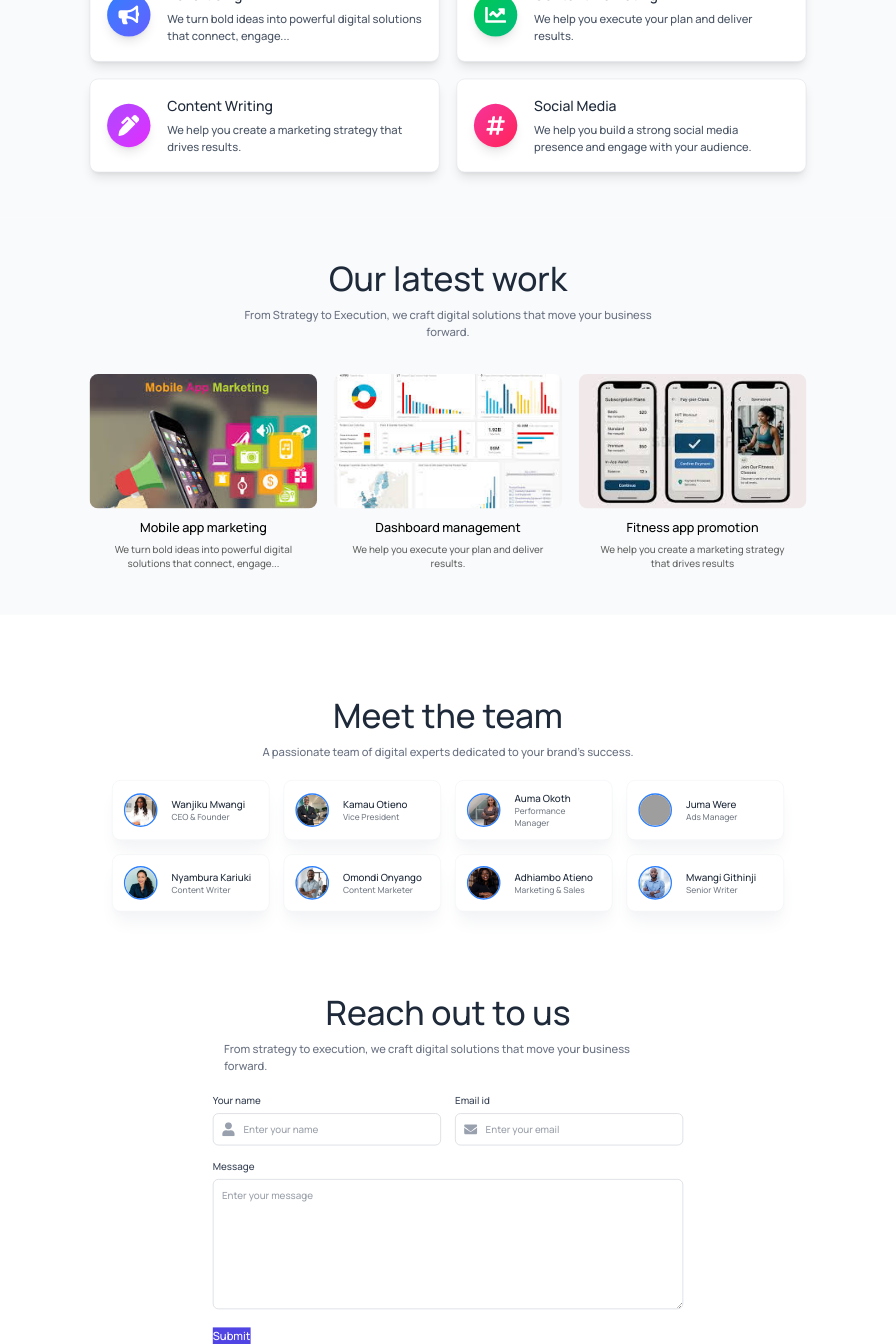
Repository: Prolenzy/magex
Page: /
These files come from the project's save history. The page is drawn as it stood at one moment and after a run of saves; the edit follows.
The browser window is 1280 px wide. The pictures show the part of the page from y = 1376 to 3296 px (the page is 3296 px tall before and 3292 px after), at 70% of full size.
Pictures or frames that could not be fetched are drawn as grey boxes. The project was rebuilt for these pictures with package versions that can differ from the ones it lists, and the page was loaded fresh each time. Also part of the build but not shown: vite.config.js.

Above is the page before, as saved 2025-08-17 03:31:49.

### index.html
<!doctype html>
<html lang="en" class="scroll-smooth">
  <head>
    <meta charset="UTF-8" />
    <link rel="icon" type="image/svg+xml" href="/touch-icon.png" />
    <meta name="viewport" content="width=device-width, initial-scale=1.0" />
    <title>Magex | Digital Experiences Powered by Imagination</title>
  </head>
  <body>
    <div id="root"></div>
    <script type="module" src="/src/main.jsx"></script>
  </body>
</html>

### src/index.css
@import url('https://fonts.googleapis.com/css2?family=Manrope:wght@200..800&display=swap');

@import "tailwindcss";

/* @custom-variant dark (&:where(.dark, .dark *)); */

*{
  font-family: "Manrope", sans-serif;
  font-weight: 500;
}

@theme {
  --color-primary: #5044E5;
}

### src/App.jsx
import React from 'react'
import Navbar from './components/Navbar'
import Hero from './components/Hero'
import Trustedby from './components/Trustedby'
import Services from './components/Services'
import OurWork from './components/OurWork'
import Teams from './components/Teams'
import ContactUs from './components/ContactUs'

const App = () => {
  return (
    <div>
      <Navbar />
      <Hero />
      <Trustedby />
      <Services />
      <OurWork />
      <Teams />
      <ContactUs />
    </div>
  )
}

export default App

### src/components/Navbar.jsx
import React, { useState } from 'react'

const Navbar = () => {

    const [sidebarOpen, setSidebarOpen] = useState(false)
  return (
    <div className='flex justify-between items-center px-4 sm:px-12 lg:px-24 xl:px-40 py-4
    sticky top-0 z-20 backdrop-blur-xl font-medium bg-white/50 dark:bg-gray-900/70'>

        <img src='/dox1.png' className='w-32 sm:w-40' alt=''/>

        <div className={`text-gray-700 sm:text-sm ${!sidebarOpen ? 'max-sm:w-0 overflow-hidden' :
        'max-sm:w-60 max-sm:pl-10'} max-sm:fixed top-0 bottom-0 right-0 max-sm:min-h-screen
        max-sm:h-full max-sm:flex-col max-sm:bg-primary max-sm:text-white max-sm:pt-20
        flex sm:items-center gap-5 transition-all`}>

             <img src='/ter1.png' alt='' className='w-5 absolute right-4 top-4 sm:hidden'
             onClick={() => setSidebarOpen(false)}/>

            <a onClick={() => setSidebarOpen(false)} href='#' className='sm:hover:border-b'>Home</a>
            <a onClick={() => setSidebarOpen(false)} href='#services' className='sm:hover:border-b'>services</a>
            <a onClick={() => setSidebarOpen(false)} href='#our-work' className='sm:hover:border-b'>Our Work</a>
            <a onClick={() => setSidebarOpen(false)} href='#contact-us' className='sm:hover:border-b'>Contact Us</a>
        </div>
        <div className='flex items-center gap-2 sm:gap-4'>

            <img src='/2001.png' alt='' onClick={() => setSidebarOpen(true)}
            className='w-8 sm:hidden' />
            <a href='#contact-us' className='text-sm max-sm:hidden flex items-center gap-2
            bg-primary text-white px-6 py-2 rounded-full cursor-pointer
            hover:scale-103 transition-all'>
                Connect <img src='/vay1.png' width={14} alt=''/>
            </a>
        </div>
    </div>
  )
}

export default Navbar

### src/components/Hero.jsx
import React from 'react'

const Hero = () => {
  return (
    <div id='hero' className='flex flex-col items-center gap-6 py-20 px-4 sm:px-12 lg:px-24
    xl:px-40 text-center w-full overflow-hidden text-gray-700'>

        <h1 className='text-4xl sm:text-5xl md:text-6xl xl:text-[84px] font-medium xl-leading-[95px]
        max-w-5xl'>
            Turning imaginations into <span className='bg-gradient-to-r from-[#5044e5]
            to-[#4d8cea] bg-clip-text text-transparent'>digital</span> impact.
        </h1>

        <p className='text-sm sm:text-lg font-medium text-gray-500 dark:text-white/75
        max-w-4/5 sm:max-w-lg pm-3'>Creating meaningful connections and turning big ideas
        into interactive digital
            experiences.</p>

            <div className='relative'>
                <img src='/macbook1.png' alt='' className='w-full max-w-6xl'/>
            </div>
    </div>
  )
}

export default Hero

### src/components/Trustedby.jsx
import React from 'react'

const Trustedby = () => {
    const company_logos = [
    '/Amazon1.png',
    '/fedex1.png',
    '/Hyundai1.png',
    '/mobil1.png',
    '/Nivea1.png',
    '/rolex1.png'
  ];
  return (
    <div className='flex flex-col items-center px-4 sm:px-12 lg:px-24 xl:px-40 gap-10
    text-gray-700 dark:text-white/80'>
        <h2 className='font-semibold'>Trusted by Leading Companies</h2>
        <div className='flex items-center justify-center flex-wrap gap-10 m-4'>
            {company_logos.map((logo, index) => (
                <img key={index} src={logo} alt={`Company Logo ${index + 1}`} className='max-h-10
                sm:max-h-12 md:max-h-14 dark:drop-shadow-1xl object-contain' />
            ))}
        </div>
    </div>
  )
}

export default Trustedby

### src/components/Services.jsx
import React from 'react';
import Title from './Title';
import {
  FaBullhorn, FaChartLine, FaPenAlt, FaHashtag
} from 'react-icons/fa';
import ServiceCard from './ServiceCard';

const Services = () => {
  const servicesData = [
    {
      title: 'Advertising',
      description: 'We turn bold ideas into powerful digital solutions that connect, engage...',
      icon: <FaBullhorn className="text-3xl" />,
      color: 'from-blue-500 to-indigo-500'
    },
    {
      title: 'Content Marketing',
      description: 'We help you execute your plan and deliver results.',
      icon: <FaChartLine className="text-3xl" />,
      color: 'from-green-500 to-emerald-500'
    },
    {
      title: 'Content Writing',
      description: 'We help you create a marketing strategy that drives results.',
      icon: <FaPenAlt className="text-3xl" />,
      color: 'from-purple-500 to-fuchsia-500'
    },
    {
      title: 'Social Media',
      description: 'We help you build a strong social media presence and engage with your audience.',
      icon: <FaHashtag className="text-3xl" />,
      color: 'from-pink-500 to-rose-500'
    }
  ];

  return (
    <section id='services' className='relative py-16 px-4 sm:px-8 lg:px-16 xl:px-32 bg-gray-50 dark:bg-gray-900'>
      <div className='max-w-7xl mx-auto flex flex-col items-center'> {/* Centered container */}
        <div className='w-full text-center mb-12'> {/* Full width but centered content */}
          <Title
            title='How can we help?'
            desc='From strategy to execution, we craft digital solutions that move your business forward.'
          />
        </div>

        <div className='grid grid-cols-1 md:grid-cols-2 gap-6 w-full'>
          {servicesData.map((service, index) => (
            <ServiceCard
              key={index}
              service={service}
              index={index}
            />
          ))}
        </div>
      </div>
    </section>
  );
};

export default Services;

### src/components/OurWork.jsx
import React from 'react'
import Title from './Title'

const OurWork = () => {
    const workData = [
        {
            title: 'Mobile app marketing',
            description: 'We turn bold ideas into powerful digital solutions that connect, engage...',
            image: '/mobile.jpeg'
        },
        {
            title: 'Dashboard management',
            description: 'We help you execute your plan and deliver results.',
            image: '/dashboard.jpeg'
        },
        {
            title: 'Fitness app promotion',
            description: 'We help you create a marketing strategy that drives results',
            image: '/fitness.jpeg'
        }
    ]

    return (
        <section id='our-work' className='py-16 px-4 sm:px-8 lg:px-16 xl:px-32 bg-gray-50 dark:bg-gray-900'>
            <div className='max-w-7xl mx-auto'>
                {/* Centered Title Section */}
                <div className='text-center mb-12'>
                    <Title
                        title='Our latest work'
                        desc='From Strategy to Execution, we craft digital solutions that move your business forward.'
                    />
                </div>

                {/* Centered Work Grid */}
                <div className='flex justify-center'>
                    <div className='grid sm:grid-cols-2 lg:grid-cols-3 gap-6 w-full max-w-5xl'>
                        {workData.map((work, index) => (
                            <div
                                key={index}
                                className='hover:scale-102 duration-500 transition-all cursor-pointer group text-center'
                            >
                                <div className='overflow-hidden rounded-xl mx-auto w-full'>
                                    <img
                                        src={work.image}
                                        className='w-full h-48 object-cover group-hover:scale-105 transition-transform duration-300'
                                        alt={work.title}
                                    />
                                </div>
                                <h3 className='mt-3 mb-2 text-lg font-semibold'>{work.title}</h3>
                                <p className='text-sm opacity-60 px-4'>{work.description}</p>
                            </div>
                        ))}
                    </div>
                </div>
            </div>
        </section>
    )
}

export default OurWork;

### src/components/Teams.jsx
import React from 'react';
import Title from './Title';

const Teams = () => {
  const teamData = [
    {
      name: 'Wanjiku Mwangi',
      title: 'CEO & Founder',
      image: '/wanjiku-ceo.jpeg' // Kenyan female executive
    },
    {
      name: 'Kamau Otieno',
      title: 'Vice President',
      image: '/kamau-vp.jpeg' // Kenyan male professional
    },
    {
      name: 'Auma Okoth',
      title: 'Performance Manager',
      image: '/auma-pm.jpeg' // Kenyan female manager
    },
    {
      name: 'Juma Were',
      title: 'Ads Manager',
      image: '/juma-ads.jpeg' // Kenyan male marketer
    },
    {
      name: 'Nyambura Kariuki',
      title: 'Content Writer',
      image: '/nyambura-writer.jpeg' // Kenyan female writer
    },
    {
      name: 'Omondi Onyango',
      title: 'Content Marketer',
      image: '/omondi-marketer.jpeg' // Kenyan male professional
    },
    {
      name: 'Adhiambo Atieno',
      title: 'Marketing & Sales',
      image: '/adhiambo-sales.jpeg' // Kenyan female sales executive
    },
    {
      name: 'Mwangi Githinji',
      title: 'Senior Writer',
      image: '/mwangi-senior-writer.jpeg' // Kenyan male senior professional
    }
  ];

  return (
    <div className='flex flex-col items-center gap-7 px-4 sm:px-12 lg:px-24 xl:px-40 pt-30 text-gray-800 dark:text-gray-100'>
      <Title
        title='Meet the team'
        desc="A passionate team of digital experts dedicated to your brand's success."
      />
      <div className='grid grid-cols-2 md:grid-cols-3 xl:grid-cols-4 gap-5 w-full'>
        {teamData.map((team, index) => (
          <div
            key={index}
            className='flex max-sm:flex-col items-center gap-5 p-4 rounded-xl border border-gray-100 dark:border-gray-700 bg-white dark:bg-gray-800 shadow-xl shadow-gray-100 dark:shadow-gray-900 hover:scale-103 transition-all duration-400'
          >
            <img
              src={team.image}
              className='w-12 h-12 rounded-full object-cover border-2 border-blue-500'
              alt={`${team.name}, ${team.title}`}
            />
            <div className='flex-1'>
              <h3 className='font-bold text-sm'>{team.name}</h3>
              <p className='text-xs opacity-60 dark:opacity-80'>{team.title}</p>
            </div>
          </div>
        ))}
      </div>
    </div>
  );
};

export default Teams;

### src/components/ContactUs.jsx
import React from 'react'
import Title from './Title'
import { FaEnvelope, FaUser } from 'react-icons/fa'; // Import the icon

const ContactUs = () => {
  return (
    <div id='contact-us' className='flex flex-col items-center gap-7 px-4 sm:px-12 lg:px-24 xl:px-40 pt-30
    text-gray-700'>
        <Title title='Reach out to us' desc='From strategy to execution, we craft digital solutions that move your
        business forward.' />

        <form className='grid sm:grid-cols-2 gap-3 sm:gap-5 max-w-2xl w-full'>
            <div>
                <p className='mb-2 text-sm font-medium'>Your name</p>
                <div className='flex items-center pl-3 rounded-lg border border-gray-300'>
                    {/* Use the React icon component instead of the img tag */}
                    <FaUser className='text-gray-400' size={20} />
                    <input
                        type='text'
                        placeholder='Enter your name'
                        className='w-full p-3 text-sm outline-none' required
                    />
                </div>
            </div>

            <div>
                <p className='mb-2 text-sm font-medium'>Email id</p>
                <div className='flex items-center pl-3 rounded-lg border border-gray-300'>
                    {/* Use the React icon component instead of the img tag */}
                    <FaEnvelope className='text-gray-400' size={20} />
                    <input
                        type='email'
                        placeholder='Enter your email'
                        className='w-full p-3 text-sm outline-none' required
                    />
                </div>
            </div>
            <div className='sm:col-span-2'>
                <p className='mb-2 text-sm font-medium'>Message</p>
                <textarea rows={8} placeholder='Enter your message' className='w-full p-3 text-sm outline-none
                rounded-lg border border-gray-300' />
            </div>

            <button type='submit' className='w-max flex gap-2 bg-primary text-white'>
                Submit
            </button>
        </form>
    </div>
  )
}

export default ContactUs;

### src/components/Title.jsx
import React from 'react';

const Title = ({title, desc}) => {
  return (
    <div className='flex flex-col items-center'> {/* Ensures centering */}
      <h2 className='text-3xl sm:text-5xl font-medium text-gray-800 dark:text-white mb-4'>
        {title}
      </h2>
      <p className='max-w-2xl text-gray-500 dark:text-white/75 px-4'>
        {desc}
      </p>
    </div>
  );
};

export default Title;

### src/components/ServiceCard.jsx
import React, { useState, useRef } from 'react';

const ServiceCard = ({ service, index }) => {
  const [position, setPosition] = useState({ x: 0, y: 0 });
  const [visible, setVisible] = useState(false);
  const divRef = useRef(null);

  const handleMouseMove = (e) => {
    const bounds = divRef.current.getBoundingClientRect();
    setPosition({
      x: e.clientX - bounds.left,
      y: e.clientY - bounds.top
    });
  };

  return (
    <div
      ref={divRef}
      onMouseMove={handleMouseMove}
      onMouseEnter={() => setVisible(true)}
      onMouseLeave={() => setVisible(false)}
      className="relative h-full overflow-hidden rounded-xl border border-gray-200 dark:border-gray-700 shadow-lg hover:shadow-xl transition-all duration-300 bg-white dark:bg-gray-800"
    >
      {/* Animated gradient background */}
      <div
        className={`absolute inset-0 bg-gradient-to-br ${service.color} opacity-0 transition-opacity duration-500 ${visible ? 'opacity-10' : ''}`}
        style={{
          transform: `translate(calc(${position.x}px - 50%), calc(${position.y}px - 50%)`,
          backgroundPosition: `${position.x}px ${position.y}px`
        }}
      />

      {/* Content */}
      <div className="relative z-10 p-6 h-full flex flex-col sm:flex-row items-center gap-6">
        <div className={`p-4 rounded-full bg-gradient-to-br ${service.color} text-white shadow-lg`}>
          {service.icon}
        </div>

        <div className="flex-1">
          <h3 className="text-xl font-bold text-gray-800 dark:text-white mb-2">
            {service.title}
          </h3>
          <p className="text-gray-600 dark:text-gray-300">
            {service.description}
          </p>
        </div>
      </div>
    </div>
  );
};

export default ServiceCard;

Loaded but not shown: src/main.jsx (common file)

After the next 5 saves:
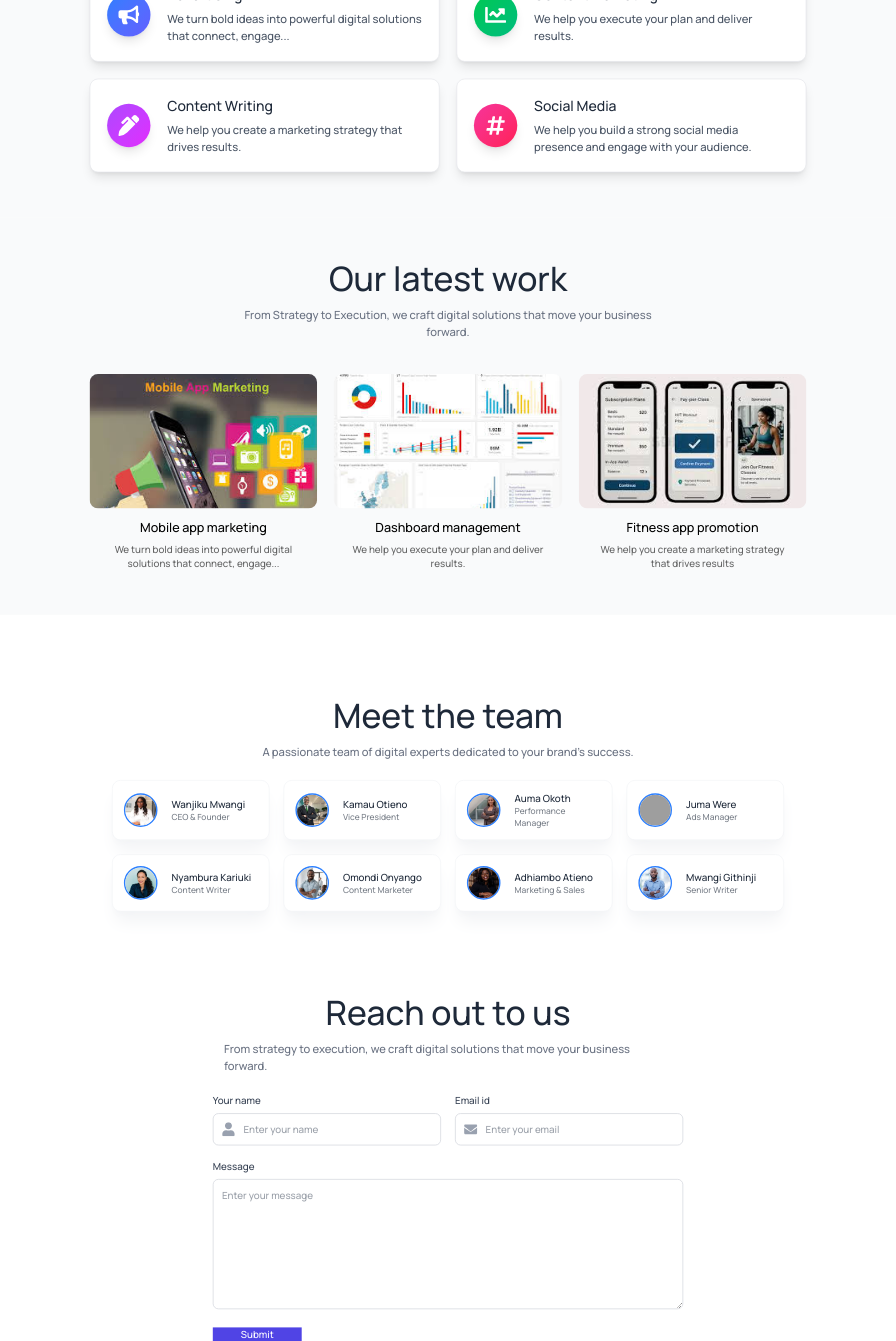
The 5 saves are shown as one change because they came seconds apart.
The last was saved 20 s later.
--- a/src/components/ContactUs.jsx
+++ b/src/components/ContactUs.jsx
@@ -41,7 +41,7 @@ const ContactUs = () => {
                 rounded-lg border border-gray-300' />
             </div>
 
-            <button type='submit' className='w-max flex gap-2 bg-primary text-white'>
+            <button type='submit' className='w-max flex gap-2 bg-primary text-white text-sm px-10 py'>
                 Submit
             </button>
         </form>
